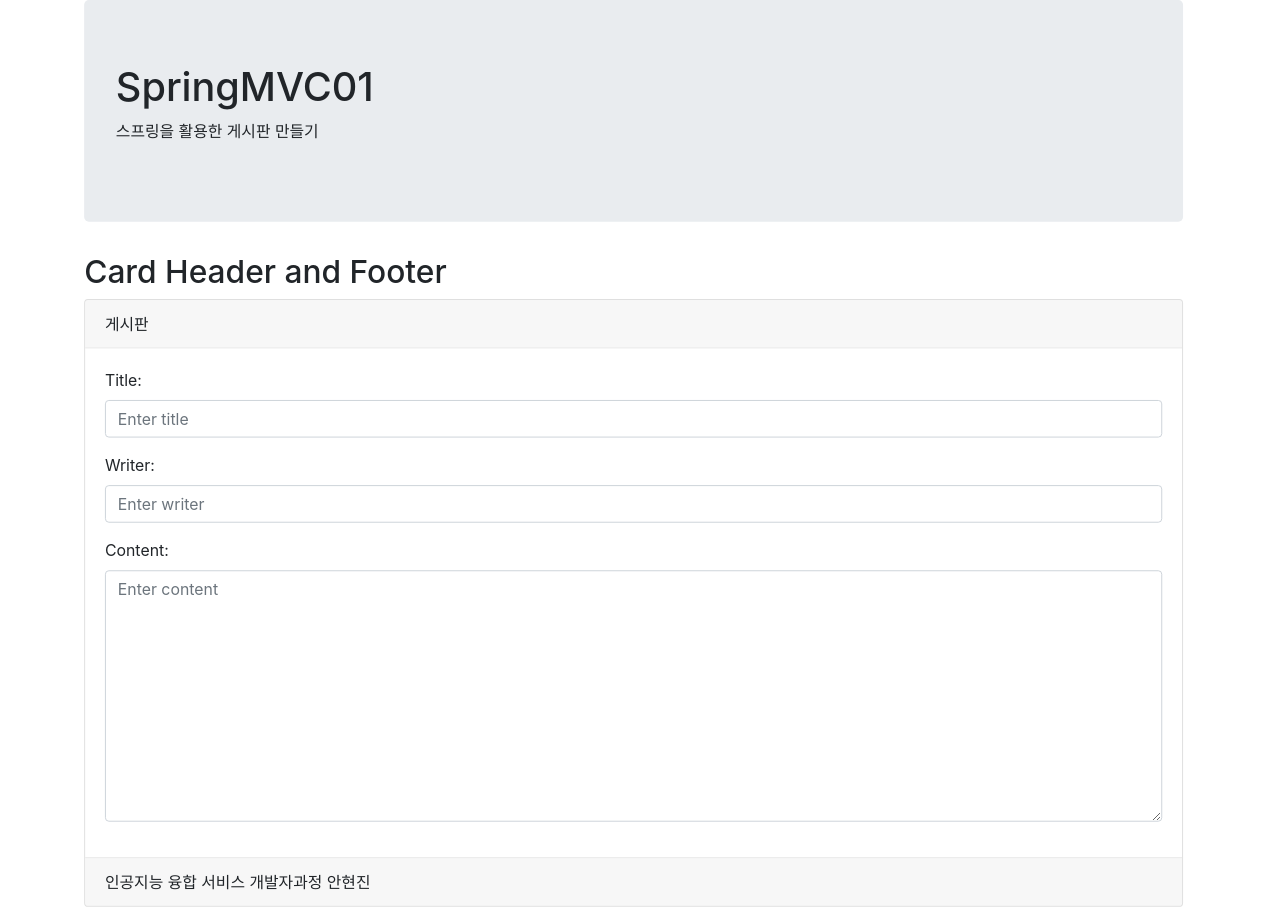
Repository: JangGunWook/Spring_webStudy
Page: http://localhost/SpringMVC01/WEB-INF/views/boardDetail.jsp
An editor plug-in stored every save of this project. The page is shown before and after the next save, followed by the edit.
The browser window is 1280 px wide. The pictures show the whole page, at 99% of full size.
The page is served by Tomcat 9. Nobody is signed in. Other server files are loaded and not shown. The template is opened directly, without the code that normally fills it, so the values that code supplies are empty.

Above is the page before, as saved 2023-10-17 03:50:41.

### SpringMVC01/src/main/webapp/WEB-INF/views/boardDetail.jsp
<%@ page language="java" contentType="text/html; charset=UTF-8"
	pageEncoding="UTF-8"%>
<!DOCTYPE html>
<html lang="en">
<head>
<title>Bootstrap Example</title>
<meta charset="utf-8">
<meta name="viewport" content="width=device-width, initial-scale=1">
<link rel="stylesheet"
	href="https://cdn.jsdelivr.net/npm/bootstrap@4.6.2/dist/css/bootstrap.min.css">
<script
	src="https://cdn.jsdelivr.net/npm/jquery@3.6.4/dist/jquery.min.js"></script>
<script
	src="https://cdn.jsdelivr.net/npm/popper.js@1.16.1/dist/umd/popper.min.js"></script>
<script
	src="https://cdn.jsdelivr.net/npm/bootstrap@4.6.2/dist/js/bootstrap.bundle.min.js"></script>
</head>
<body>

	<div class="container">
		<div class="jumbotron">
			<h1>SpringMVC01</h1>
			<p>스프링을 활용한 게시판 만들기</p>
		</div>

		<h2>Card Header and Footer</h2>
		<div class="card">
			<div class="card-header">게시판</div>
			<div class="card-body">

				<form action="write" method="post">
					<div class="form-group">
						<label for="title">Title:</label>
						<input value="${detail.title}" name = "title" type="text" class="form-control" placeholder="Enter title" id="title">
					</div>
					<div class="form-group">
						<label for="writer">Writer:</label>
						 <input value="${detail.writer}" name="writer" type="text" class="form-control" placeholder="Enter writer" id="writer">
					</div>
					<div class="form-group">
						<label for="content">Content:</label>
						 <textarea rows="10" name="content" class="form-control" placeholder="Enter content" id="content">${detail.content}</textarea>
					</div>
				</form>

			</div>
			<div class="card-footer">인공지능 융합 서비스 개발자과정 안현진</div>
		</div>

	</div>

</body>
</html>

After the next save:
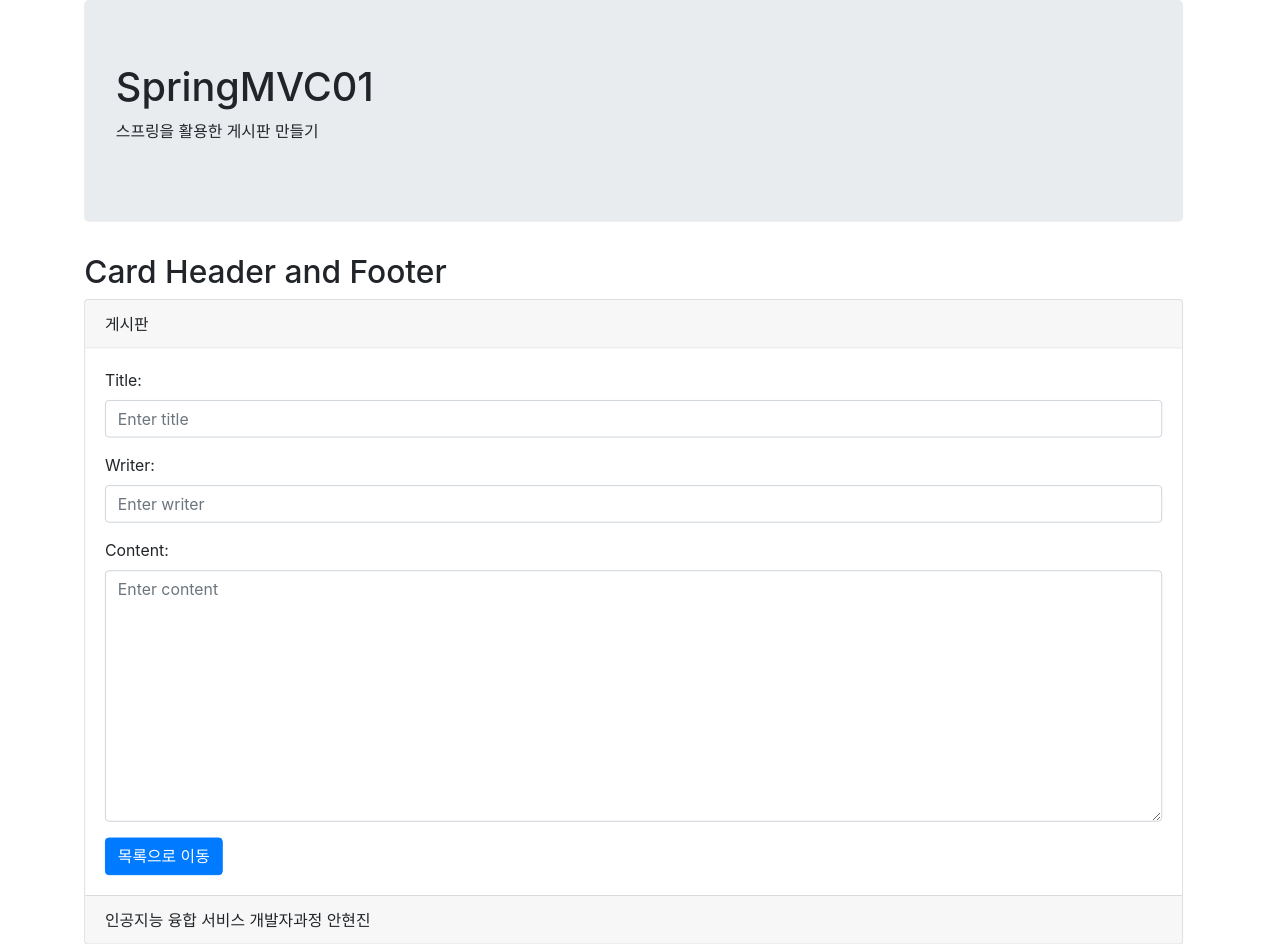
Saved 20 h 38 min later.
--- a/SpringMVC01/src/main/webapp/WEB-INF/views/boardDetail.jsp
+++ b/SpringMVC01/src/main/webapp/WEB-INF/views/boardDetail.jsp
@@ -41,6 +41,7 @@
 						<label for="content">Content:</label>
 						 <textarea rows="10" name="content" class="form-control" placeholder="Enter content" id="content">${detail.content}</textarea>
 					</div>
+					<a  class="btn btn-primary" href="list">목록으로 이동</a>
 				</form>
 
 			</div>
